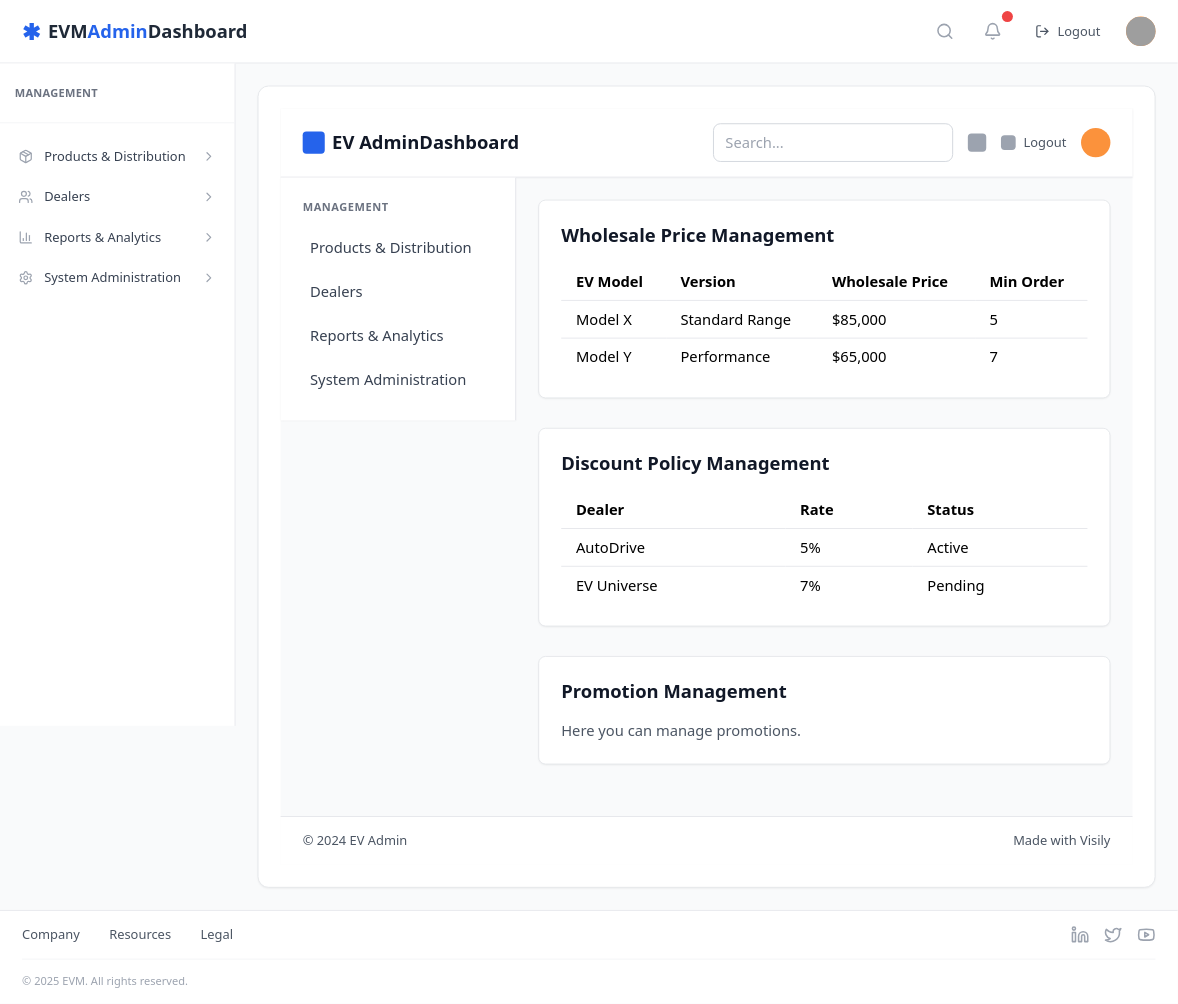
Repository: LeHuyVuu/ev-management-frontend
Page: /evm
The author's editor kept a copy of each file at every save. The page is drawn from the files as they stood at one save, then again after the next save.
The browser window is 1280 px wide. The pictures show the whole page, at 92% of full size.
Pictures or frames that could not be fetched are drawn as grey boxes. Some web libraries are served in a nearby version. The project was rebuilt for these pictures with package versions that can differ from the ones it lists, and the page was loaded fresh each time. Also part of the build but not shown: vite.config.js, src/app/layouts/Header/DealerHeader.jsx, src/app/layouts/Footer/DealerFooter.jsx, src/app/layouts/Sidebar/DealerSidebar.jsx, src/app/layouts/DealerLayout.jsx, src/app/pages/Dealer/Manager Dealer/components/DashboardStats.jsx, src/app/pages/Dealer/Manager Dealer/components/MonthlyRevenueChart.jsx, src/app/pages/Dealer/Manager Dealer/components/EmployeeSalesTable.jsx and 18 more.

Above is the page before, as saved 2025-09-12 20:51:17.

### index.html
<!doctype html>
<html lang="en">
  <head>
    <meta charset="UTF-8" />
    <link rel="icon" type="image/svg+xml" href="/vite.svg" />
    <meta name="viewport" content="width=device-width, initial-scale=1.0" />
    <title>EVM Management</title>

  </head>
  <body>
    <div id="root"></div>
    <!-- <script
    chatbot_id="67f338a43d319e46ed036565"
    data-type="default"
    src="https://app.thinkstack.ai/bot/thinkstackai-loader.min.js"
></script> -->
<!-- <script
    chatbot_id="67f338a43d319e46ed036565"
    data-type="bar"
    src="https://app.thinkstack.ai/bot/thinkstackai-loader.min.js"
></script> -->
    <script type="module" src="/src/main.jsx"></script>
    <script src="https://kit.fontawesome.com/16c10ca00e.js" crossorigin="anonymous"></script>
  </body>
</html>

### src/main.jsx
import { createRoot } from "react-dom/client";
import "./index.css";
import MainRoutes from "./app/routes/MainRoutes.jsx";
import "primereact/resources/themes/lara-light-blue/theme.css"; // Chủ đề sáng
import "primereact/resources/primereact.min.css"; /* Core CSS */
import "primeicons/primeicons.css"; /* Bộ Icon */
import { GoogleOAuthProvider } from "@react-oauth/google"; // Đảm bảo import GoogleOAuthProvider từ thư viện đúng

createRoot(document.getElementById("root")).render(
    <GoogleOAuthProvider clientId="257452836877-l7ghjn62nmjeclg33uj2q39g8fqr96v0.apps.googleusercontent.com">
      <MainRoutes />
    </GoogleOAuthProvider>
);

### src/index.css
@tailwind base;
@tailwind components;
@tailwind utilities;



body {
    overflow-x: hidden;
  }

### src/app/routes/MainRoutes.jsx
import { BrowserRouter, Routes, Route } from "react-router-dom";

// Layouts
import DealerLayout from "../layouts/DealerLayout";
import EVMLayout from "../layouts/EVMLayout";

// Dealer pages
import ManagerDashboard from "../pages/Dealer/Manager Dealer/ManagerDashboard";
import ContractManagement from "../pages/Dealer/Staff Dealer/Contact/ContractManagement";
import CustomerCRM from "../pages/Dealer/Staff Dealer/Customer CRM/CustomerCRM";
import DeliveryTracking from "../pages/Dealer/Staff Dealer/Delivery Tracking/DeliveryTracking";
import DriverSchedule from "../pages/Dealer/Staff Dealer/Driver Schedule/DriverSchedule";
import QuoteManagement from "../pages/Dealer/Staff Dealer/Quote Management/QuoteManagement";
import VehicleAllocation from "../pages/Dealer/Staff Dealer/Vehicle Allocation/VehicleAllocation";
import VehicleManagement from "../pages/Dealer/Staff Dealer/Vehicle Management/VehicleManagement";

// EVM pages
import ProductDistribution from "../pages/EVM/ProductDistribution/ProductDistribution";

// 🚫 Tạm thời vô hiệu hóa Auth để test
// import Authentication from "../pages/Authentication/Authentication";

const MainRoutes = () => {
  return (
    <BrowserRouter>
      <Routes>
        {/* 🚫 Tạm thời tắt login redirect & trang login */}
        {/*
        <Route path="/" element={<Navigate to="/login" replace />} />
        <Route path="/login" element={<Authentication />} />
        */}

        {/* Dealer group */}
        <Route path="/dealer" element={<DealerLayout />}>
          <Route path="contact" element={<ContractManagement />} />
          <Route path="customer-crm" element={<CustomerCRM />} />
          <Route path="delivery-tracking" element={<DeliveryTracking />} />
          <Route path="driver-schedule" element={<DriverSchedule />} />
          <Route path="quote-management" element={<QuoteManagement />} />
          <Route path="vehicle-allocation" element={<VehicleAllocation />} />
          <Route path="vehicle-management" element={<VehicleManagement />} />
        </Route>

        {/* EVM group */}
        <Route path="/evm" element={<EVMLayout />}>
          {/* 👇 Khi vào /evm hoặc /evm/product-distribution đều hiển thị ProductDistribution */}
          <Route index element={<ProductDistribution />} />
          <Route path="product-distribution" element={<ProductDistribution />} />
        </Route>

        {/* 404 fallback */}
        <Route path="*" element={<div className="p-6">Not Found</div>} />
        <Route path="/dealer/manager" element={<ManagerDashboard />} />
      </Routes>
    </BrowserRouter>
  );
};

export default MainRoutes;

### src/app/layouts/EVMLayout.jsx
import { Outlet } from "react-router-dom";
import Sidebar from "./Sidebar/EVMSidebar";
import EVMHeader from "./Header/EVMHeader";
import EVMFooter from "./Footer/EVMFooter";

const EVMLayout = () => {
  return (
    <div className="min-h-screen flex flex-col bg-gray-50">
      {/* Header */}
      <EVMHeader />

      {/* Nội dung chính chia 2 cột: Sidebar + Content */}
      <div className="flex flex-1">
        <Sidebar />
        <main className="flex-1 p-6">
          <div className="bg-white rounded-xl shadow-sm border border-gray-200 p-6">
            <Outlet />
          </div>
        </main>
      </div>

      {/* Footer */}
      <EVMFooter />
    </div>
  );
};

export default EVMLayout;

### src/app/pages/EVM/ProductDistribution/ProductDistribution.jsx
import React from "react";
import Header from "./components/Header";
import Sidebar from "./components/Sidebar";
import WholesalePriceManagement from "./components/WholesalePriceManagement";
import DiscountPolicyManagement from "./components/DiscountPolicyManagement";
import PromotionManagement from "./components/PromotionManagement";
import Footer from "./components/Footer";

function ProductDistribution() {
  return (
    <div className="min-h-screen bg-gray-50">
      <Header />
      <div className="flex">
        <Sidebar />
        <main className="flex-1 p-6 space-y-8">
          <WholesalePriceManagement />
          <DiscountPolicyManagement />
          <PromotionManagement />
        </main>
      </div>
      <Footer />
    </div>
  );
}

export default ProductDistribution;

### src/app/layouts/Sidebar/EVMSidebar.jsx
import React, { useState } from 'react';
import {
  ChevronDown,
  ChevronRight,
  Package,
  Users,
  BarChart3,
  Settings,
  FileText,
  Percent,
  Gift,
  UserCheck,
  FileBarChart,
  Target,
  TrendingUp,
  Package2,
  Brain,
  UserCog,
  Shield
} from 'lucide-react';

const menuItems = [
  {
    id: 'products',
    label: 'Products & Distribution',
    icon: <Package className="w-4 h-4" />,
    children: [
      { label: 'Wholesale Price', icon: <FileText className="w-4 h-4" /> },
      { label: 'Discount Policy', icon: <Percent className="w-4 h-4" /> },
      { label: 'Promotion', icon: <Gift className="w-4 h-4" /> }
    ]
  },
  {
    id: 'dealers',
    label: 'Dealers',
    icon: <Users className="w-4 h-4" />,
    children: [
      { label: 'Dealer Accounts', icon: <UserCheck className="w-4 h-4" /> },
      { label: 'Contracts & Debts', icon: <FileBarChart className="w-4 h-4" /> },
      { label: 'Sales Targets', icon: <Target className="w-4 h-4" /> }
    ]
  },
  {
    id: 'reports',
    label: 'Reports & Analytics',
    icon: <BarChart3 className="w-4 h-4" />,
    children: [
      { label: 'Sales Report', icon: <TrendingUp className="w-4 h-4" /> },
      { label: 'Inventory & Speed', icon: <Package2 className="w-4 h-4" /> },
      { label: 'AI Forecast', icon: <Brain className="w-4 h-4" /> }
    ]
  },
  {
    id: 'system',
    label: 'System Administration',
    icon: <Settings className="w-4 h-4" />,
    children: [
      { label: 'User Management', icon: <UserCog className="w-4 h-4" /> },
      { label: 'Role & Access', icon: <Shield className="w-4 h-4" /> }
    ]
  }
];

const Sidebar = () => {
  const [expandedItems, setExpandedItems] = useState(new Set());

  const toggleExpanded = (itemId) => {
    const newExpanded = new Set(expandedItems);
    if (newExpanded.has(itemId)) {
      newExpanded.delete(itemId);
    } else {
      newExpanded.add(itemId);
    }
    setExpandedItems(newExpanded);
  };

  return (
    <div className="w-64 h-screen bg-white border-r border-gray-200 flex flex-col">
      {/* Header */}
      <div className="px-4 py-6 border-b border-gray-100">
        <h2 className="text-xs font-semibold text-gray-500 tracking-wide uppercase">
          MANAGEMENT
        </h2>
      </div>

      {/* Menu Items */}
      <nav className="flex-1 px-2 py-4 space-y-1">
        {menuItems.map((item) => (
          <div key={item.id}>
            {/* Main Menu Item */}
            <button
              onClick={() => toggleExpanded(item.id)}
              className="w-full flex items-center justify-between px-3 py-2.5 text-left text-sm font-medium text-gray-700 hover:bg-gray-50 hover:text-gray-900 rounded-md transition-colors duration-150 ease-in-out group"
            >
              <div className="flex items-center space-x-3">
                <span className="text-gray-400 group-hover:text-gray-500">
                  {item.icon}
                </span>
                <span>{item.label}</span>
              </div>
              {item.children && (
                <span className="text-gray-400 group-hover:text-gray-500">
                  {expandedItems.has(item.id) ? (
                    <ChevronDown className="w-4 h-4" />
                  ) : (
                    <ChevronRight className="w-4 h-4" />
                  )}
                </span>
              )}
            </button>

            {/* Submenu Items */}
            {item.children && expandedItems.has(item.id) && (
              <div className="ml-4 mt-1 space-y-1">
                {item.children.map((child, index) => (
                  <button
                    key={index}
                    className="w-full flex items-center space-x-3 px-3 py-2 text-left text-sm text-gray-600 hover:bg-gray-50 hover:text-gray-900 rounded-md transition-colors duration-150 ease-in-out group"
                  >
                    <span className="text-gray-400 group-hover:text-gray-500">
                      {child.icon}
                    </span>
                    <span>{child.label}</span>
                  </button>
                ))}
              </div>
            )}
          </div>
        ))}
      </nav>
    </div>
  );
};

export default Sidebar;

### src/app/layouts/Header/EVMHeader.jsx
import React from 'react';
import { Search, Bell, LogOut } from 'lucide-react';

const Header = () => {
  return (
    <header className="bg-white border-b border-gray-200 px-6 py-4">
      <div className="flex items-center justify-between">
        {/* Logo */}
        <div className="flex items-center space-x-2">
          <div className="text-blue-600 text-2xl font-bold">✱</div>
          <span className="text-xl font-semibold text-gray-800">
            EVM<span className="text-blue-600">Admin</span>Dashboard
          </span>
        </div>

        {/* Right side actions */}
        <div className="flex items-center space-x-4">
          {/* Search */}
          <button className="p-2 text-gray-400 hover:text-gray-600 transition-colors">
            <Search className="w-5 h-5" />
          </button>

          {/* Notifications */}
          <button className="p-2 text-gray-400 hover:text-gray-600 transition-colors relative">
            <Bell className="w-5 h-5" />
            <span className="absolute -top-1 -right-1 w-3 h-3 bg-red-500 rounded-full"></span>
          </button>

          {/* Logout */}
          <button className="flex items-center space-x-2 px-3 py-2 text-gray-600 hover:text-gray-800 hover:bg-gray-50 rounded-md transition-colors">
            <LogOut className="w-4 h-4" />
            <span className="text-sm font-medium">Logout</span>
          </button>

          {/* User Avatar */}
          <div className="w-8 h-8 bg-orange-400 rounded-full flex items-center justify-center">
            <img
              src="https://images.pexels.com/photos/1239291/pexels-photo-1239291.jpeg?auto=compress&cs=tinysrgb&w=32&h=32&fit=crop&crop=face"
              alt="User Avatar"
              className="w-8 h-8 rounded-full object-cover"
            />
          </div>
        </div>
      </div>
    </header>
  );
};

export default Header;

### src/app/layouts/Footer/EVMFooter.jsx
import React from 'react';
import { Linkedin, Twitter, Youtube } from 'lucide-react';

const Footer = () => {
  return (
    <footer className="bg-white border-t border-gray-200 px-6 py-4">
      <div className="flex items-center justify-between">
        {/* Left side - Navigation links */}
        <div className="flex items-center space-x-8">
          <a
            href="#"
            className="text-sm text-gray-600 hover:text-gray-900 transition-colors"
          >
            Company
          </a>
          <a
            href="#"
            className="text-sm text-gray-600 hover:text-gray-900 transition-colors"
          >
            Resources
          </a>
          <a
            href="#"
            className="text-sm text-gray-600 hover:text-gray-900 transition-colors"
          >
            Legal
          </a>
        </div>

        {/* Right side - Social media icons */}
        <div className="flex items-center space-x-4">
          <a
            href="#"
            className="text-gray-400 hover:text-gray-600 transition-colors"
            aria-label="LinkedIn"
          >
            <Linkedin className="w-5 h-5" />
          </a>
          <a
            href="#"
            className="text-gray-400 hover:text-gray-600 transition-colors"
            aria-label="Twitter"
          >
            <Twitter className="w-5 h-5" />
          </a>
          <a
            href="#"
            className="text-gray-400 hover:text-gray-600 transition-colors"
            aria-label="YouTube"
          >
            <Youtube className="w-5 h-5" />
          </a>
        </div>
      </div>

      {/* Bottom text */}
      <div className="mt-4 pt-4 border-t border-gray-100">
        <div className="flex items-center text-xs text-gray-400">
          <span>© 2025 EVM. All rights reserved.</span>
        </div>
      </div>
    </footer>
  );
};

export default Footer;

### src/app/pages/EVM/ProductDistribution/components/Header.jsx
import React from "react";

const Header = () => {
  return (
    <header className="bg-white shadow-sm border-b border-gray-200 px-6 py-4">
      <div className="flex justify-between items-center">
        <div className="flex items-center space-x-2">
          <div className="w-6 h-6 bg-blue-600 rounded"></div>
          <h1 className="text-xl font-semibold text-gray-900">EV AdminDashboard</h1>
        </div>
        <div className="flex items-center space-x-4">
          <input
            type="text"
            placeholder="Search..."
            className="pl-3 pr-4 py-2 border border-gray-300 rounded-lg focus:ring-2 focus:ring-blue-500 focus:border-transparent"
          />
          <div className="w-5 h-5 bg-gray-400 rounded"></div>
          <div className="flex items-center space-x-2 cursor-pointer">
            <div className="w-4 h-4 bg-gray-400 rounded"></div>
            <span className="text-sm text-gray-600">Logout</span>
          </div>
          <div className="w-8 h-8 bg-orange-400 rounded-full"></div>
        </div>
      </div>
    </header>
  );
};

export default Header;

### src/app/pages/EVM/ProductDistribution/components/Sidebar.jsx
import React from "react";

const Sidebar = () => {
  return (
    <aside className="w-64 bg-white shadow-sm border-r border-gray-200 h-full">
      <div className="p-6">
        <h2 className="text-xs font-semibold text-gray-500 uppercase tracking-wider mb-4">
          MANAGEMENT
        </h2>
        <div className="space-y-2">
          <div className="p-2 text-gray-700 hover:bg-gray-100 rounded cursor-pointer">
            Products & Distribution
          </div>
          <div className="p-2 text-gray-700 hover:bg-gray-100 rounded cursor-pointer">
            Dealers
          </div>
          <div className="p-2 text-gray-700 hover:bg-gray-100 rounded cursor-pointer">
            Reports & Analytics
          </div>
          <div className="p-2 text-gray-700 hover:bg-gray-100 rounded cursor-pointer">
            System Administration
          </div>
        </div>
      </div>
    </aside>
  );
};

export default Sidebar;

### src/app/pages/EVM/ProductDistribution/components/WholesalePriceManagement.jsx
import React from "react";

const WholesalePriceManagement = () => {
  return (
    <div className="bg-white rounded-lg shadow-sm border border-gray-200 mb-8 p-6">
      <h2 className="text-xl font-semibold text-gray-900 mb-4">
        Wholesale Price Management
      </h2>
      <table className="min-w-full">
        <thead>
          <tr>
            <th className="px-4 py-2 text-left">EV Model</th>
            <th className="px-4 py-2 text-left">Version</th>
            <th className="px-4 py-2 text-left">Wholesale Price</th>
            <th className="px-4 py-2 text-left">Min Order</th>
          </tr>
        </thead>
        <tbody>
          <tr className="border-t">
            <td className="px-4 py-2">Model X</td>
            <td className="px-4 py-2">Standard Range</td>
            <td className="px-4 py-2">$85,000</td>
            <td className="px-4 py-2">5</td>
          </tr>
          <tr className="border-t">
            <td className="px-4 py-2">Model Y</td>
            <td className="px-4 py-2">Performance</td>
            <td className="px-4 py-2">$65,000</td>
            <td className="px-4 py-2">7</td>
          </tr>
        </tbody>
      </table>
    </div>
  );
};

export default WholesalePriceManagement;

### src/app/pages/EVM/ProductDistribution/components/DiscountPolicyManagement.jsx
import React from "react";

const DiscountPolicyManagement = () => {
  return (
    <div className="bg-white rounded-lg shadow-sm border border-gray-200 mb-8 p-6">
      <h2 className="text-xl font-semibold text-gray-900 mb-4">
        Discount Policy Management
      </h2>
      <table className="min-w-full">
        <thead>
          <tr>
            <th className="px-4 py-2 text-left">Dealer</th>
            <th className="px-4 py-2 text-left">Rate</th>
            <th className="px-4 py-2 text-left">Status</th>
          </tr>
        </thead>
        <tbody>
          <tr className="border-t">
            <td className="px-4 py-2">AutoDrive</td>
            <td className="px-4 py-2">5%</td>
            <td className="px-4 py-2">Active</td>
          </tr>
          <tr className="border-t">
            <td className="px-4 py-2">EV Universe</td>
            <td className="px-4 py-2">7%</td>
            <td className="px-4 py-2">Pending</td>
          </tr>
        </tbody>
      </table>
    </div>
  );
};

export default DiscountPolicyManagement;

### src/app/pages/EVM/ProductDistribution/components/PromotionManagement.jsx
import React from "react";

const PromotionManagement = () => {
  return (
    <div className="bg-white rounded-lg shadow-sm border border-gray-200 p-6">
      <h2 className="text-xl font-semibold text-gray-900 mb-4">
        Promotion Management
      </h2>
      <p className="text-gray-600">Here you can manage promotions.</p>
    </div>
  );
};

export default PromotionManagement;

### src/app/pages/EVM/ProductDistribution/components/Footer.jsx
import React from "react";

const Footer = () => {
  return (
    <footer className="bg-white border-t border-gray-200 py-4 px-6 mt-8 text-sm text-gray-600">
      <div className="flex justify-between">
        <span>© 2024 EV Admin</span>
        <span>Made with Visily</span>
      </div>
    </footer>
  );
};

export default Footer;

### tailwind.config.js
/** @type {import('tailwindcss').Config} */
export default {
  content: [
    "./index.html",
    "./src/**/*.{js,jsx}",
  ],
  theme: {
    extend: {
      fontSize: {
        10: "10px",
      },
    },
  },
  plugins: [],
};

After the next save:
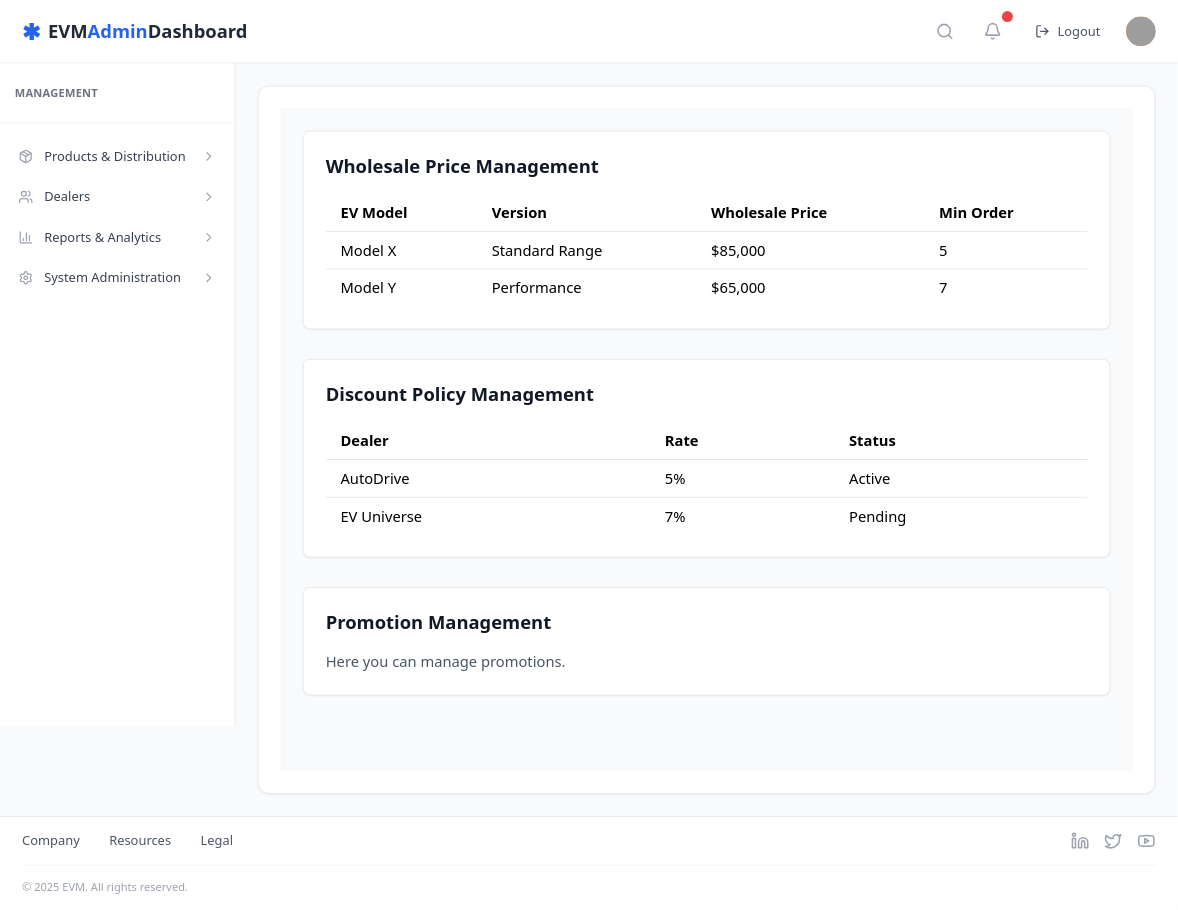
Saved 16 min 9 s later.
--- a/src/app/pages/EVM/ProductDistribution/ProductDistribution.jsx
+++ b/src/app/pages/EVM/ProductDistribution/ProductDistribution.jsx
@@ -1,24 +1,18 @@
 import React from "react";
-import Header from "./components/Header";
-import Sidebar from "./components/Sidebar";
 import WholesalePriceManagement from "./components/WholesalePriceManagement";
 import DiscountPolicyManagement from "./components/DiscountPolicyManagement";
 import PromotionManagement from "./components/PromotionManagement";
-import Footer from "./components/Footer";
 
 function ProductDistribution() {
   return (
     <div className="min-h-screen bg-gray-50">
-      <Header />
       <div className="flex">
-        <Sidebar />
         <main className="flex-1 p-6 space-y-8">
           <WholesalePriceManagement />
           <DiscountPolicyManagement />
           <PromotionManagement />
         </main>
       </div>
-      <Footer />
     </div>
   );
 }
